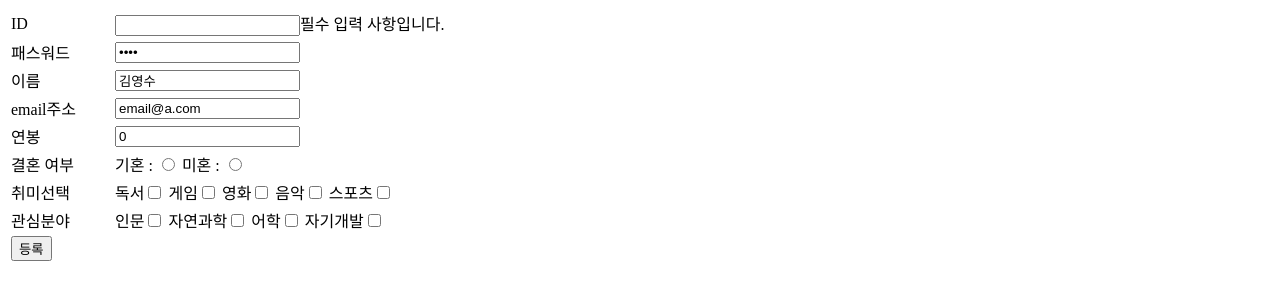
Repository: fellownew/framework_workspace
Page: http://localhost/spring_mvc_03_annotation/modelAttr/register_valid.do
An editor plug-in stored every save of this project. The page is shown before and after the next save, followed by the edit.
The browser window is 1280 px wide. The pictures show the whole page.
The page is served by Tomcat 9.

Above is the page before, as saved 2015-05-15 02:28:31.

After the next save:
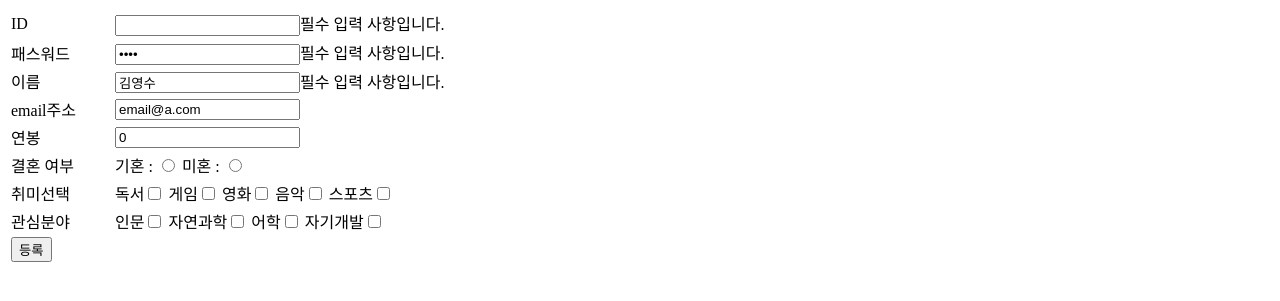
Saved 2 min 14 s later.
--- a/spring_mvc_03_annotation/WebContent/WEB-INF/view/register_valid_form.jsp
+++ b/spring_mvc_03_annotation/WebContent/WEB-INF/view/register_valid_form.jsp
@@ -18,11 +18,11 @@
 		</tr>
 		<tr>
 			<td>패스워드</td>
-			<td><input type="password" name="password" value="1111"></td>
+			<td><input type="password" name="password" value="1111"><span class="error"><form:errors path="customer.password" delimiter=" - "/></span></td>
 		</tr>
 		<tr>
 			<td>이름</td>
-			<td><input type="text" name="name" value="김영수"></td>
+			<td><input type="text" name="name" value="김영수"><span class="error"><form:errors path="customer.name" delimiter=" - "/></span></td>
 		</tr>
 		<tr>
 			<td>email주소</td>
